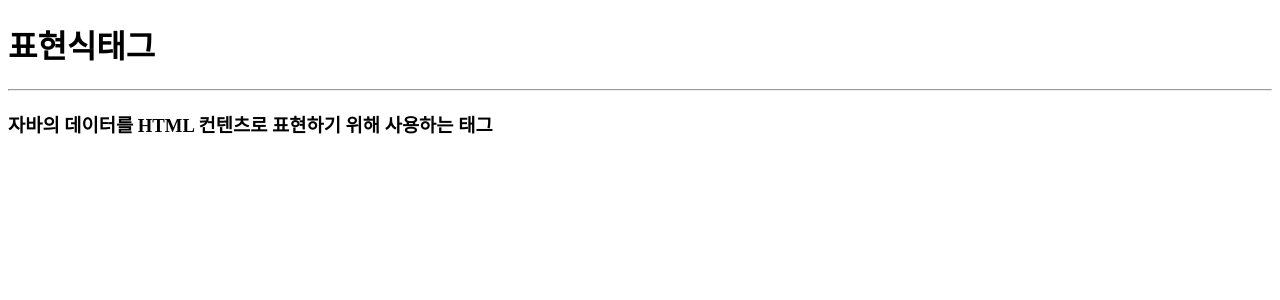
Repository: JWbase/Web_JAVA
Page: http://localhost/04_jspProject/jsp/expressionTag.jsp
An editor plug-in stored every save of this project. The page is shown before and after the next save, followed by the edit.
The browser window is 1280 px wide. The pictures show the whole page.
The page is served by Tomcat 9.

Above is the page before, as saved 2022-08-30 06:39:24.

### web-workspace/04_jspProject/src/main/webapp/jsp/expressionTag.jsp
<%@ page language="java" contentType="text/html; charset=UTF-8"
	pageEncoding="UTF-8"%>
<!DOCTYPE html>
<html>
<head>
<meta charset="UTF-8">
<title>Insert title here</title>
</head>
<body>
	<h1>표현식태그</h1>
	<hr>
	<h3>자바의 데이터를 HTML 컨텐츠로 표현하기 위해 사용하는 태그</h3>
	<%
	int age = 20;
	%>
	<%
	if (age > 19) {
	%>
	<%
	} else {
	%>
	<%
	}
	%>
</body>
</html>

After the next save:
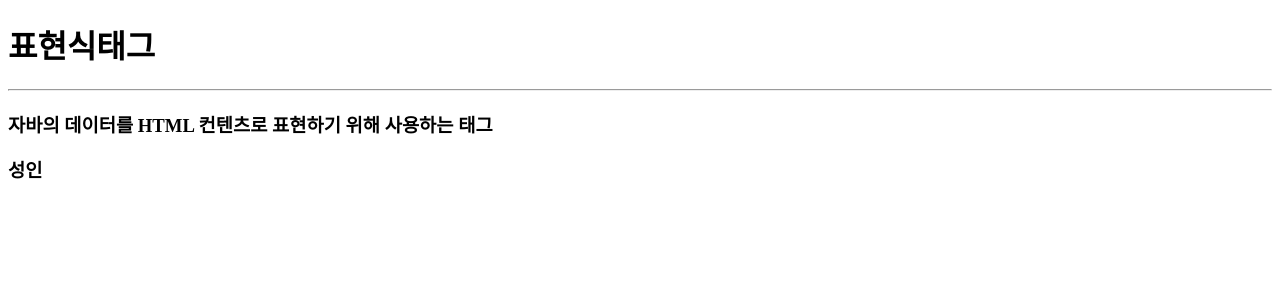
Saved 13 s later.
--- a/web-workspace/04_jspProject/src/main/webapp/jsp/expressionTag.jsp
+++ b/web-workspace/04_jspProject/src/main/webapp/jsp/expressionTag.jsp
@@ -16,9 +16,11 @@
 	<%
 	if (age > 19) {
 	%>
+	<h3>성인</h3>
 	<%
 	} else {
 	%>
+	<h3>미성년자</h3>
 	<%
 	}
 	%>
